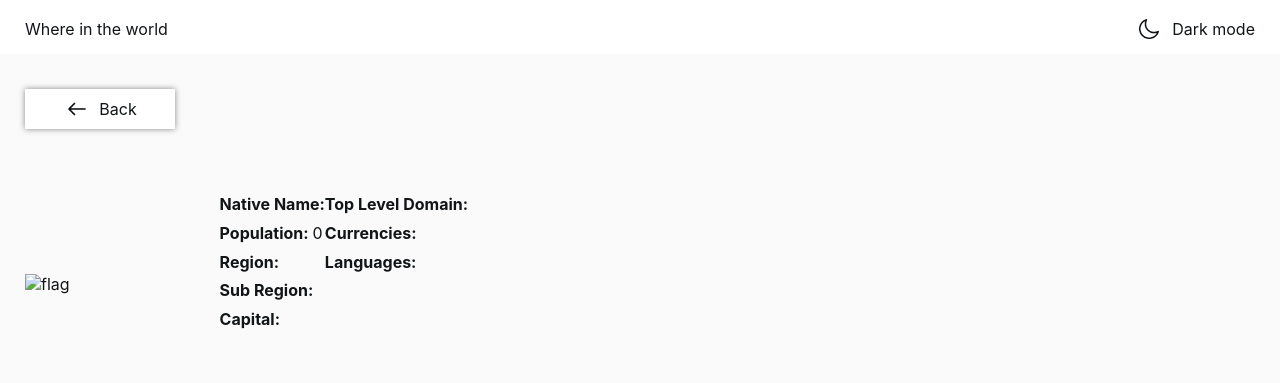
Repository: faithandjs/rest-countries-api
Page: /details
The author's editor kept a copy of each file at every save. The page is drawn from the files as they stood at one save, then again after the next save.
The browser window is 1280 px wide. The pictures show the whole page.
The page's requests for data from a server got no answer. The project was rebuilt for these pictures with package versions that can differ from the ones it lists, and the page was loaded fresh each time. No one was signed in, and anything a server would have sent is missing. Also part of the build but not shown: src/components/home.tsx.

Above is the page before, as saved 2022-04-16 01:41:40.

After the next save:
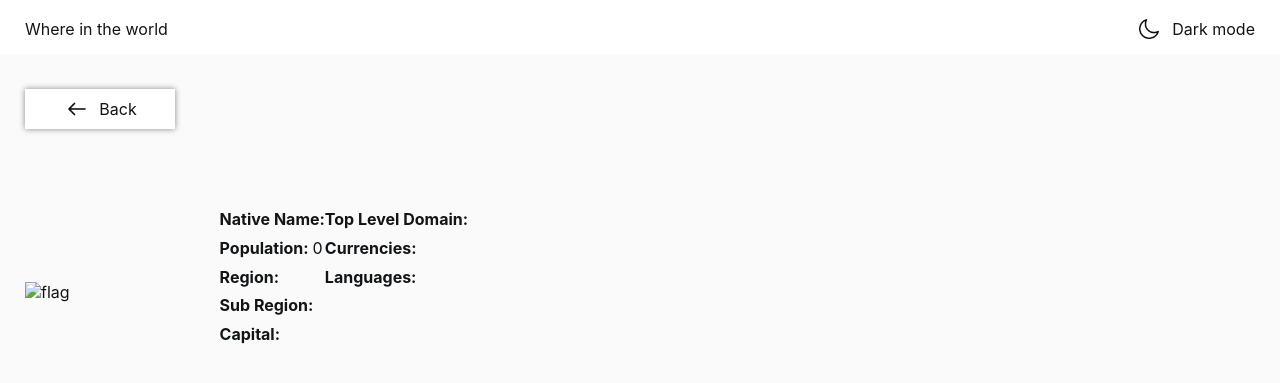
Saved 19 s later.
--- a/src/components/style/style.scss
+++ b/src/components/style/style.scss
@@ -120,7 +120,7 @@ $shadow: 0px 0px 1px 0.2px ;
                 display: flex;
                 justify-content: space-between;
                 line-height: 1.8;
-                padding-bottom: 45px;
+                padding: 15px 0 45px;
                 ul{
                     list-style-type: none;
                     padding-inline-start: 0;
